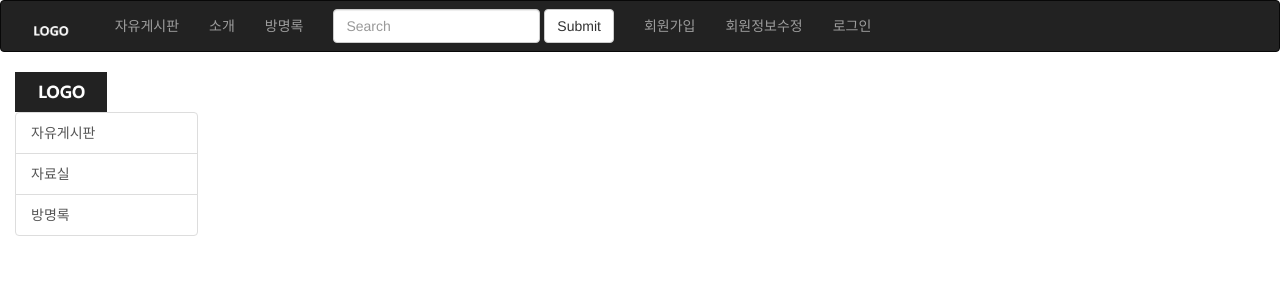
Repository: bhj305/JSP_Bulletin_Board
Page: http://localhost/BulletinBoard/14MVCBoard/Default.jsp
The author's editor kept a copy of each file at every save. The page is drawn from the files as they stood at one save, then again after the next save.
The browser window is 1280 px wide. The pictures show the whole page.
The page is served by Tomcat 10.

Above is the page before, as saved 2025-05-17 03:44:07.

After the next save:
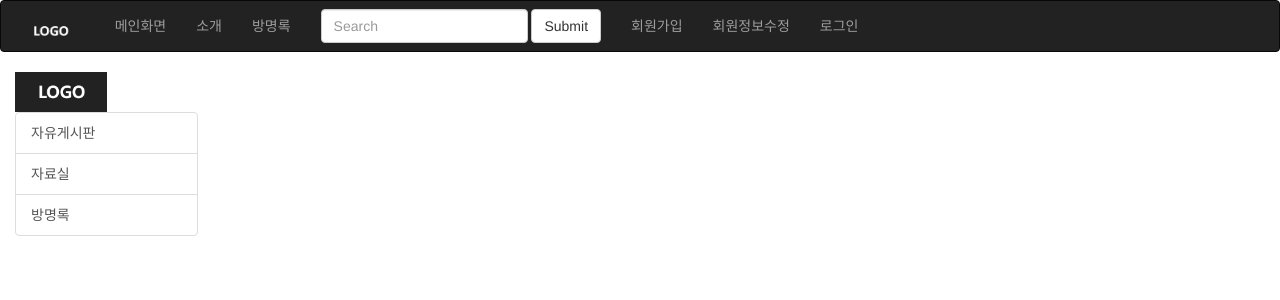
Saved 39 s later.
--- a/BulletinBoard/src/main/webapp/Common/Link.jsp
+++ b/BulletinBoard/src/main/webapp/Common/Link.jsp
@@ -21,7 +21,7 @@
             <div class="container">
                 <div class="btn-group">
                     <ul class="nav navbar-nav">
-                        <li><a href="../mvcboard/list.do">자유게시판</a></li>
+                        <li><a href="#">메인화면</a></li>
 
                         <li class="nav-item dropdown">
                             <a class="nav-link dropdown-toggle" href="#" id="navbarDropdownMenuLink" data-toggle="dropdown" aria-haspopup="true" aria-expanded="false">
